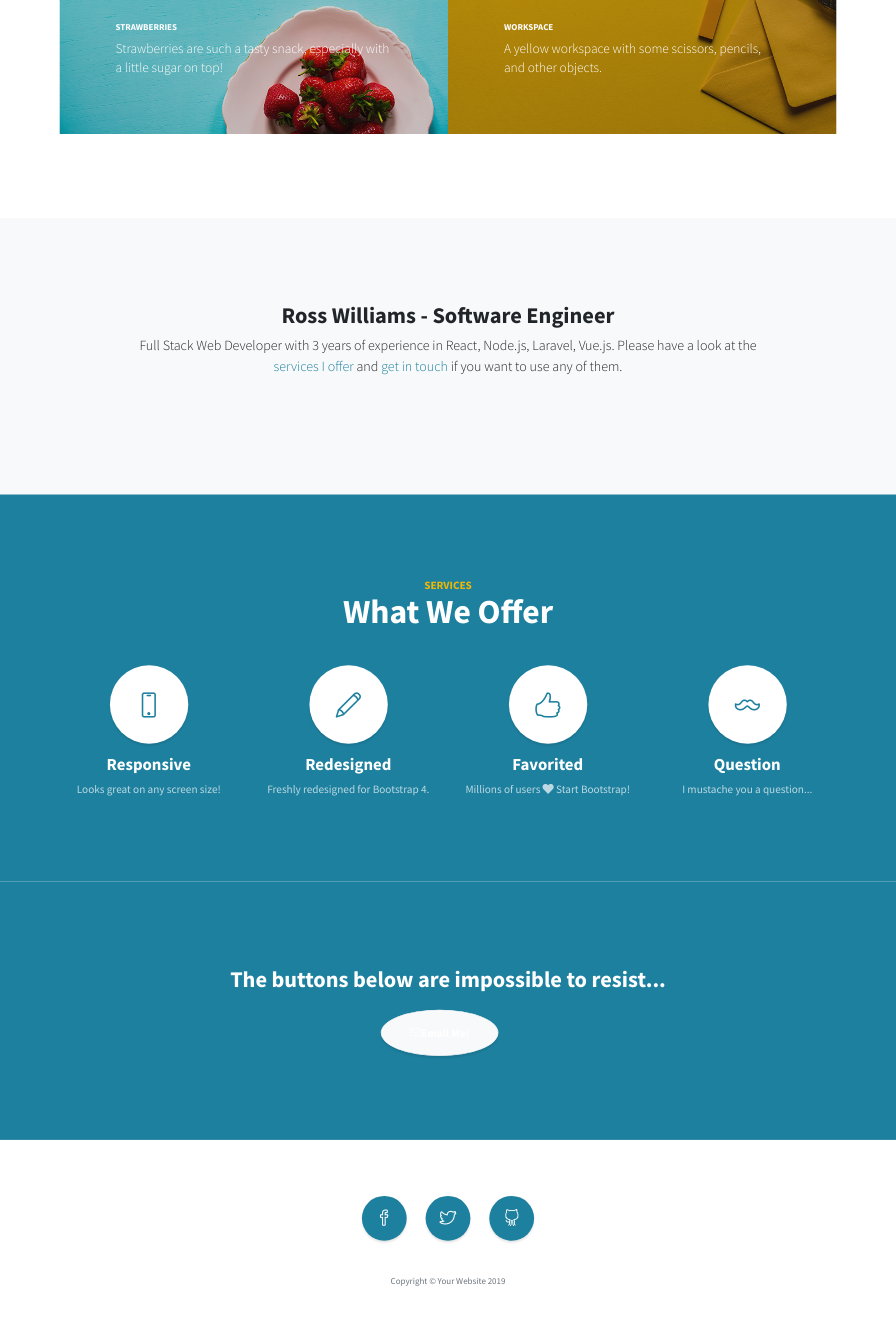
Repository: Williams94/Williams94.github.io
Page: index.html
These files come from the project's save history. The page is drawn as it stood at one moment and after the next save; the edit follows.
The browser window is 1280 px wide. The pictures show the part of the page from y = 1568 to 3488 px (the page is 3488 px tall), at 70% of full size.
A picture or video elsewhere on the page could not be fetched, so the positions and the page height are approximate.

Above is the page before, as saved 2019-07-06 13:47:22.

After the next save:
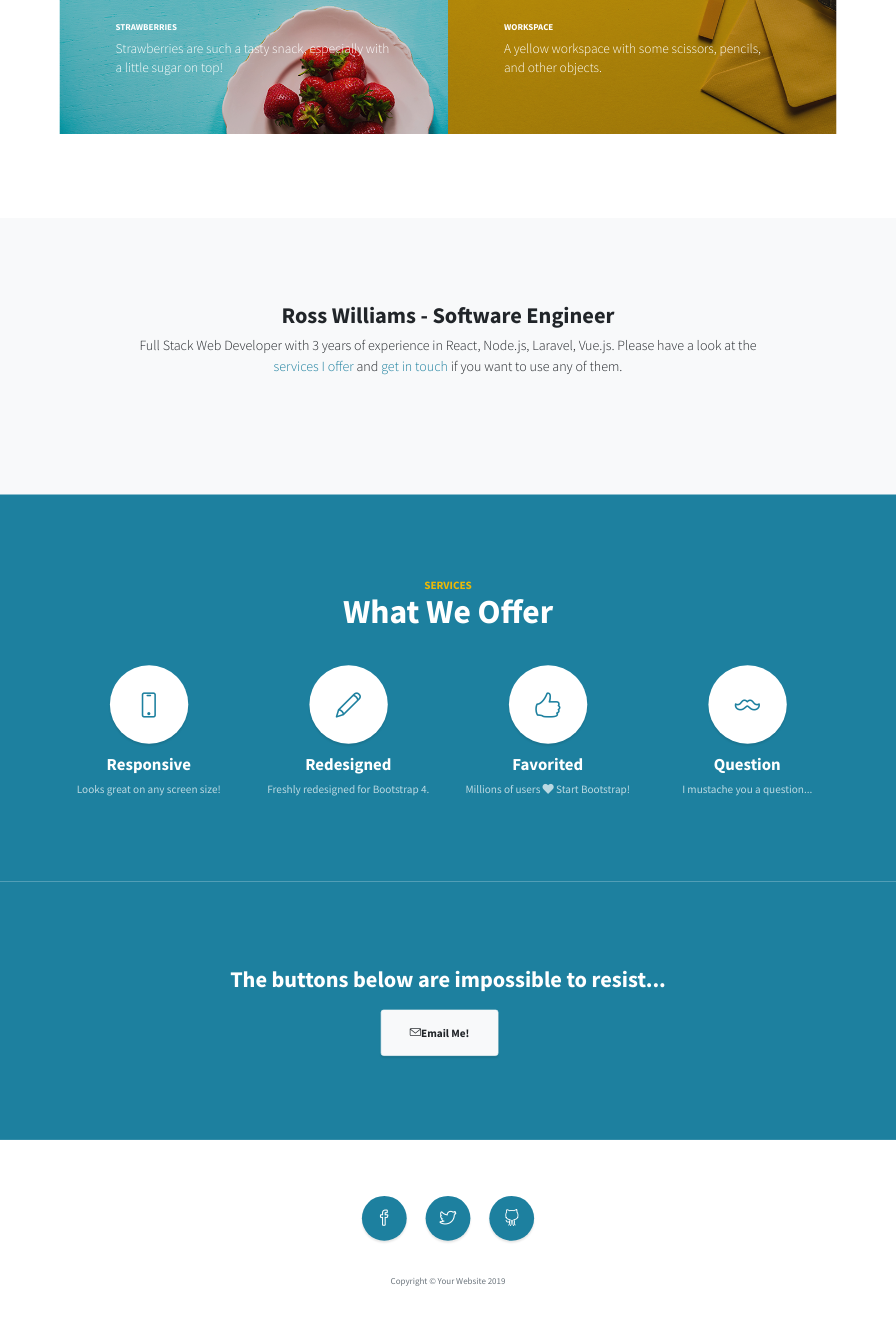
Saved 7 s later.
--- a/index.html
+++ b/index.html
@@ -209,7 +209,7 @@
   <section class="content-section bg-primary text-white">
     <div class="container text-center">
       <h2 class="mb-4">The buttons below are impossible to resist...</h2>
-      <a href="#" class="social-link rounded-circle text-white btn btn-xl btn-light mr-4">
+      <a href="#" class="social-link btn btn-xl btn-light mr-4">
           <i class="icon-envelope"></i>Email Me!</a>
     </div>
   </section>
